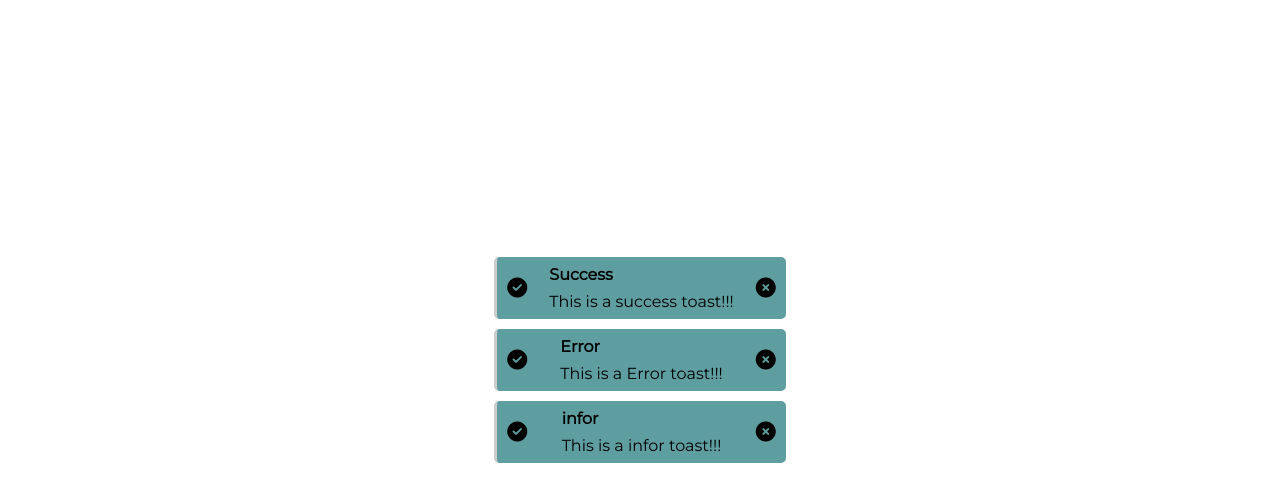
Repository: thuynguyen0964/Toast-Cooler
Page: index.html
These files come from the project's save history. The page is drawn as it stood at one moment and after a run of saves; the edit follows.
The browser window is 1280 px wide. The pictures show the whole page.

Above is the page before, as saved 2023-01-26 20:24:38.

After the next 3 saves:
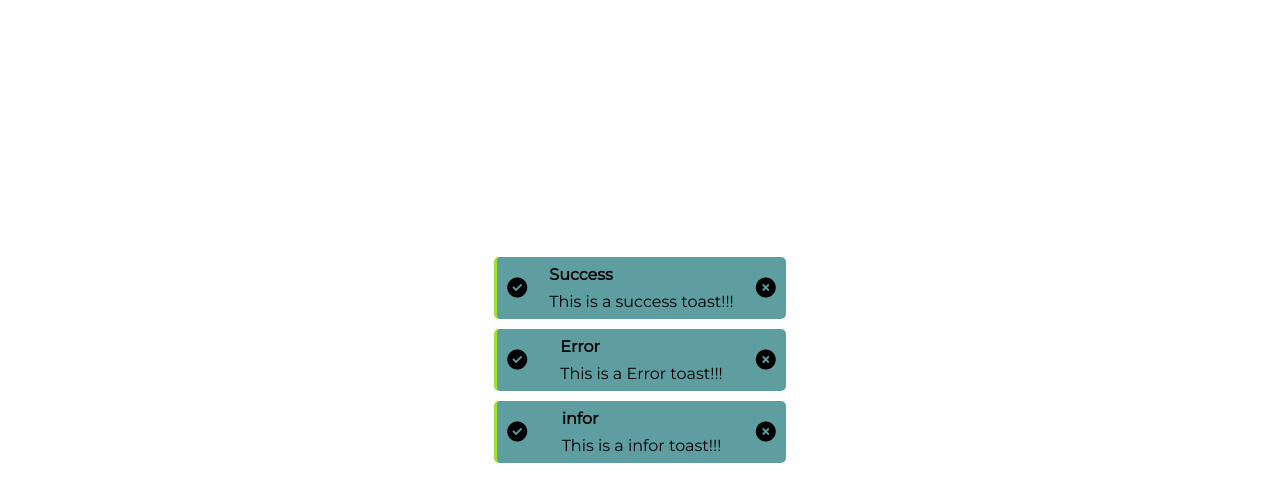
The 3 saves are shown as one change because they came seconds apart.
The last was saved 15 s later.
--- a/app/style.css
+++ b/app/style.css
@@ -14,7 +14,7 @@ body{
 .toast{
     width: 350x;
     list-style: none;
-    border-left: 3px solid #cccccc;
+    border-left: 3px solid #9de031;
     border-radius: 5px;
     display: flex;
     align-items: center;
